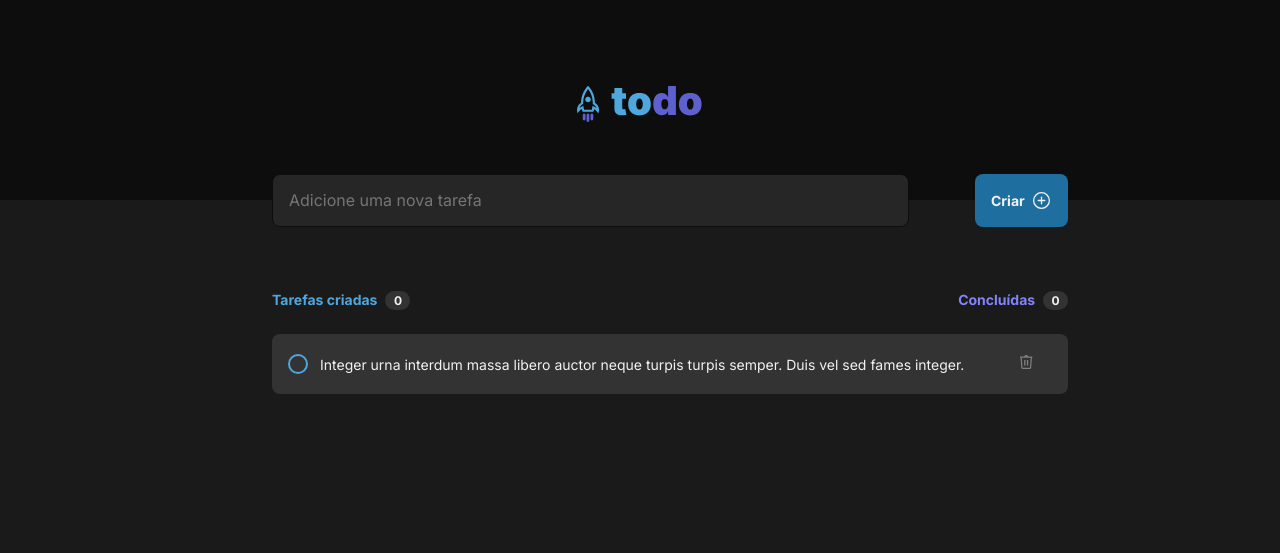
Repository: viniimartins/ToDoListROCKETSEAT
Page: /
An editor plug-in stored every save of this project. The page is shown before and after the next save, followed by the edit.
The browser window is 1280 px wide. The pictures show the whole page.
The project was rebuilt for these pictures with package versions that can differ from the ones it lists, and the page was loaded fresh each time. Also part of the build but not shown: vite.config.ts.

Above is the page before, as saved 2023-05-08 14:22:27.

After the next save:
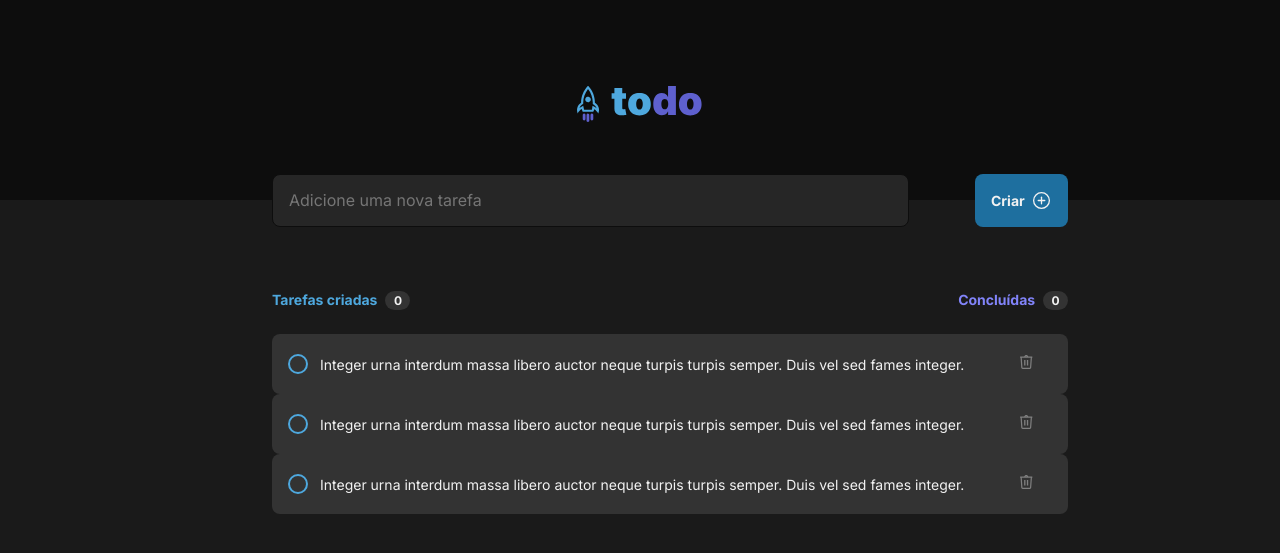
Saved 40 s later.
--- a/src/Components/Task.tsx
+++ b/src/Components/Task.tsx
@@ -1,5 +1,5 @@
 import { TaskCreated } from "./TaskCreated";
-// import { TaskNotCreate } from "./TaskNotCreated";
+import { TaskNotCreate } from "./TaskNotCreated";
 import styles from "./task.module.css";
 
 export function Task() {
@@ -25,6 +25,9 @@ export function Task() {
 
       <div>
           <TaskCreated />
+          <TaskCreated />
+          <TaskCreated />
+
       </div>
     </div>
   );
